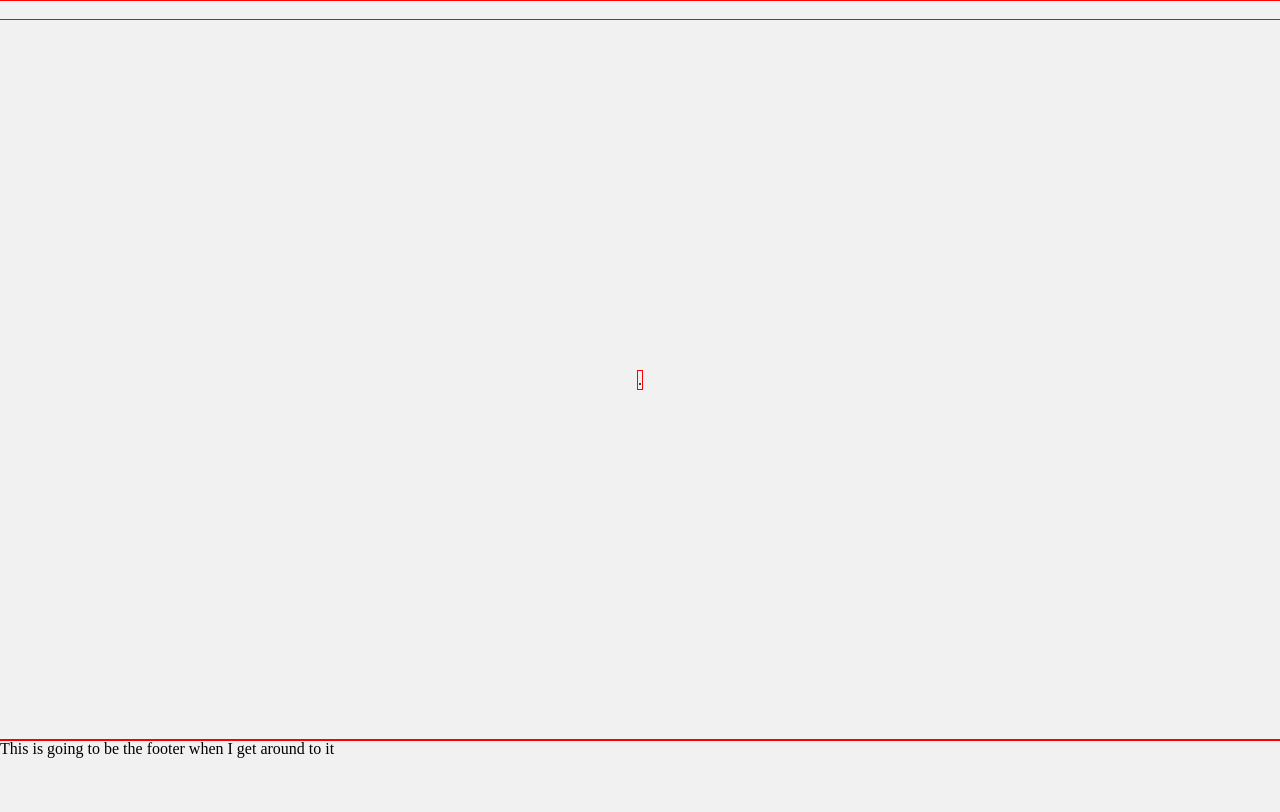
Repository: lynn-the-owl/lynnhtet
Page: index.html
The author's editor kept a copy of each file at every save. The page is drawn from the files as they stood at one save, then again after a run of saves.
The browser window is 1280 px wide. The pictures show the whole page.
Some web libraries are served in a nearby version.

Above is the page before, as saved 2023-10-09 23:53:25.

After the next 4 saves:
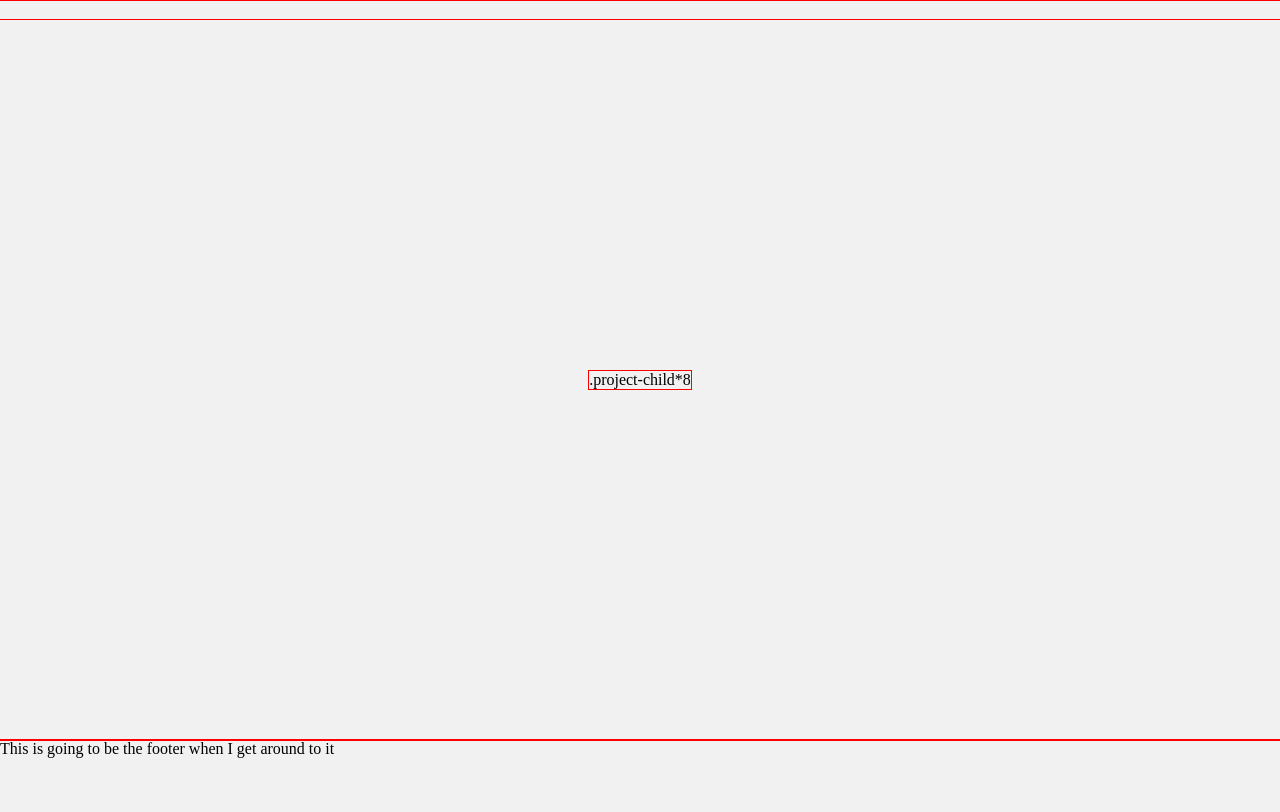
The 4 saves are shown as one change because they came seconds apart.
The last was saved 20 s later.
--- a/index.html
+++ b/index.html
@@ -28,7 +28,7 @@
 
         <div class="landing">
             <div class="projects">
-                .
+                .project-child*8
             </div>
         </div>
 
